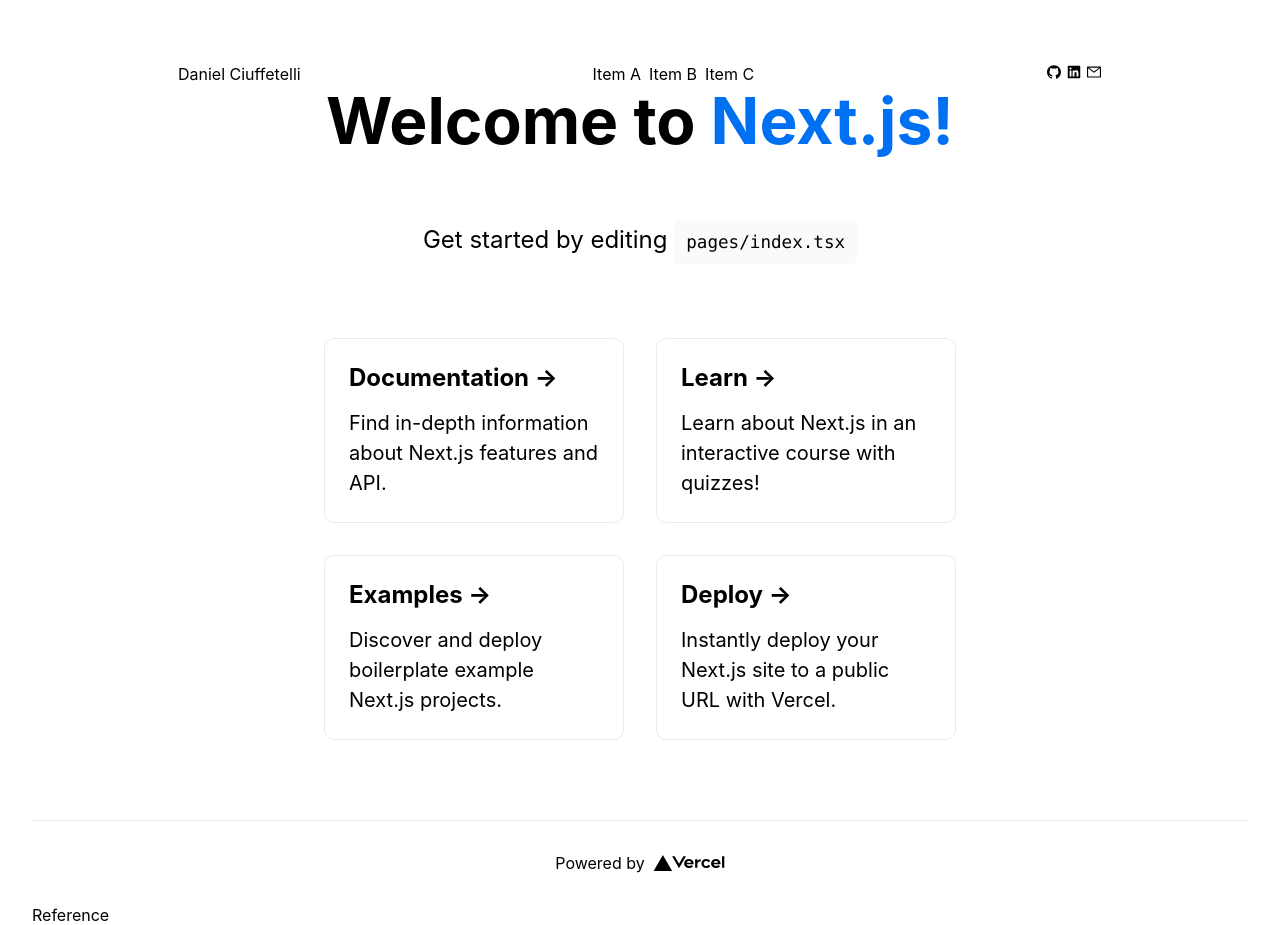
Repository: ciuffetelli/portfolio
Page: /
An editor plug-in stored every save of this project. The page is shown before and after the next save, followed by the edit.
The browser window is 1280 px wide. The pictures show the whole page.
The project was rebuilt for these pictures with package versions that can differ from the ones it lists, and the page was loaded fresh each time. The framework's server and built-in components were replaced by stand-ins that run in the browser. Also part of the build but not shown: next.config.js.

Above is the page before, as saved 2022-12-04 13:40:03.

### pages/_document.tsx
import { Html, Head, Main, NextScript } from 'next/document'

export default function Document() {
    return (
        <Html lang="en">
            <Head>
                <title>Daniel Ciuffetelli - Front-end Engineer</title>
                <meta name="description" content="Daniel Ciuffetelli's personal portfolio, front-end engineer. Page developed in Next.js" />
                <link rel="icon" href="/img/logo.svg" />
            </Head>
                <body className='bg-white text-slate-900 dark:bg-slate-900 dark:text-white ease-in-out duration-300'>
                    <Main />
                    <NextScript />
                </body>
        </Html>
    )
}

### pages/index.tsx
import Head from 'next/head'
import Image from 'next/image'
import styles from '../styles/Home.module.css'

import { Nav } from '../Components/Nav'

export default function Home() {
  return (
    <div className={styles.container}>
      <Head>
        <title>Create Next App</title>
        <meta name="description" content="Generated by create next app" />
        <link rel="icon" href="/favicon.ico" />
      </Head>

      <main className={styles.main}>
        <Nav />


        <h1 className={styles.title}>
          Welcome to <a href="https://nextjs.org">Next.js!</a>
        </h1>

        <p className={styles.description}>
          Get started by editing{' '}
          <code className={styles.code}>pages/index.tsx</code>
        </p>

        <div className={styles.grid}>
          <a href="https://nextjs.org/docs" className={styles.card}>
            <h2>Documentation &rarr;</h2>
            <p>Find in-depth information about Next.js features and API.</p>
          </a>

          <a href="https://nextjs.org/learn" className={styles.card}>
            <h2>Learn &rarr;</h2>
            <p>Learn about Next.js in an interactive course with quizzes!</p>
          </a>

          <a
            href="https://github.com/vercel/next.js/tree/canary/examples"
            className={styles.card}
          >
            <h2>Examples &rarr;</h2>
            <p>Discover and deploy boilerplate example Next.js projects.</p>
          </a>

          <a
            href="https://vercel.com/new?utm_source=create-next-app&utm_medium=default-template&utm_campaign=create-next-app"
            target="_blank"
            rel="noopener noreferrer"
            className={styles.card}
          >
            <h2>Deploy &rarr;</h2>
            <p>
              Instantly deploy your Next.js site to a public URL with Vercel.
            </p>
          </a>
        </div>
      </main>

      <footer className={styles.footer}>
        <a
          href="https://vercel.com?utm_source=create-next-app&utm_medium=default-template&utm_campaign=create-next-app"
          target="_blank"
          rel="noopener noreferrer"
        >
          Powered by{' '}
          <span className={styles.logo}>
            <Image src="/vercel.svg" alt="Vercel Logo" width={72} height={16} />
          </span>
        </a>
      </footer>
      <a href='https://elements.envato.com/ds-developer-portfolio-psd-template-9FZDH4D'>Reference</a>
    </div>
  )
}

### Components/Nav.tsx
import styled from 'styled-components'

import { AiFillGithub, AiFillLinkedin, AiOutlineMail } from 'react-icons/ai'

export function Nav() {

    return (
        <Container>
            <Name>Daniel Ciuffetelli</Name>
            <Items>
                <MenuItem>Item A</MenuItem>
                <MenuItem>Item B</MenuItem>
                <MenuItem>Item C</MenuItem>
            </Items>
            <Social>
                <AiFillGithub />
                <AiFillLinkedin />
                <AiOutlineMail />
            </Social>
        </Container>
    )
}

const Container = styled.div`
    display: inline-flex;
    justify-content: space-around;
    width: 100%;
`

const Name = styled.div``

const Items = styled.div`
    display: inline-flex;
    gap: 0.5rem;
`

const MenuItem = styled.div``

const Social = styled.div`
    display: inline-flex;
    gap: 0.25rem;
`

Loaded but not shown: pages/_app.tsx (common file); styles/globals.css (common file); styles/Home.module.css (common file)

After the next save:
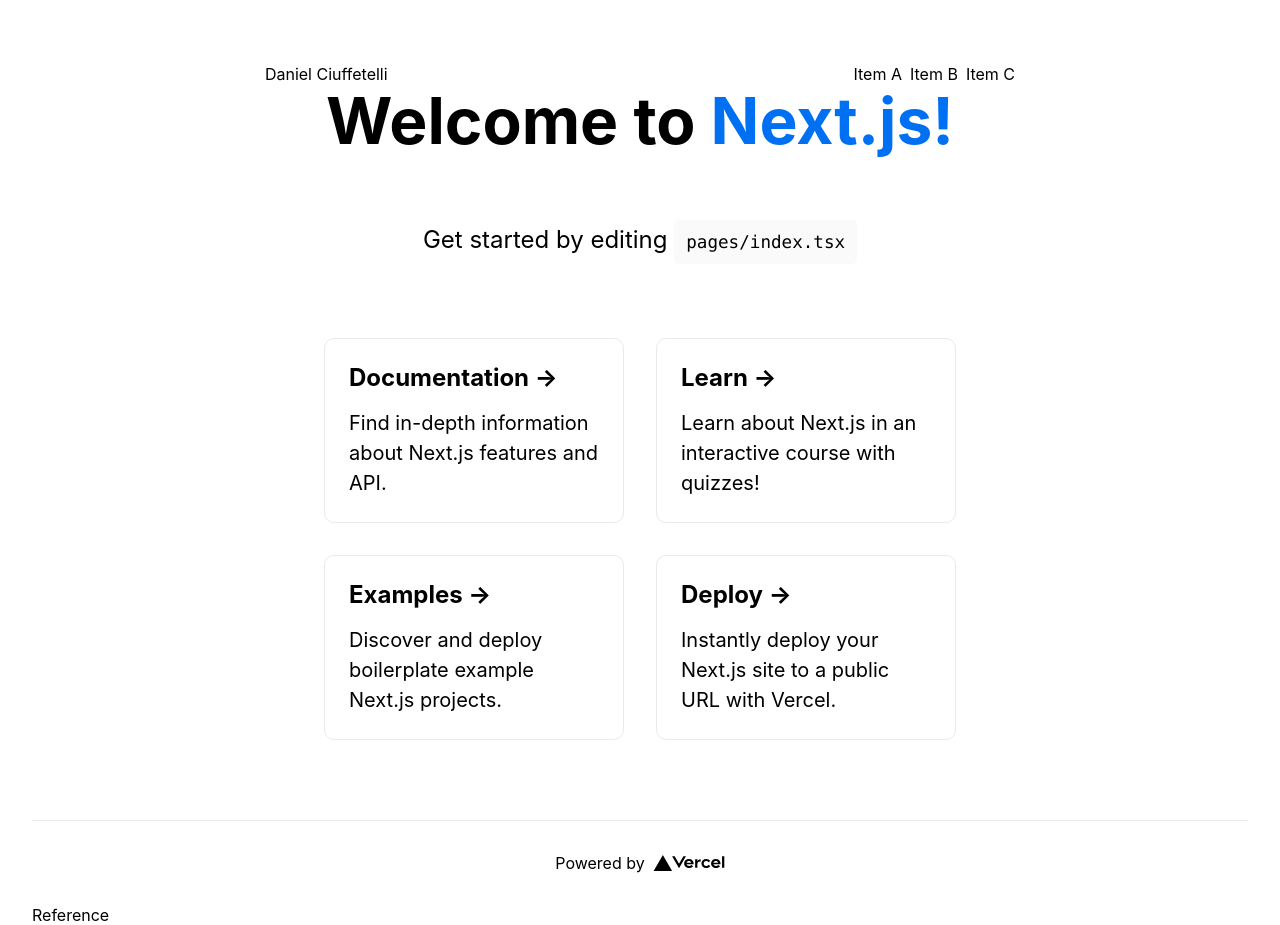
Saved 71 s later.
--- a/Components/Nav.tsx
+++ b/Components/Nav.tsx
@@ -37,6 +37,10 @@
 const MenuItem = styled.div``
 
 const Social = styled.div`
-    display: inline-flex;
+    display: none;
     gap: 0.25rem;
+
+    @media (max-width: 350px;) {
+        display: inline-flex;
+    }
 `

After the 2 saves that followed:
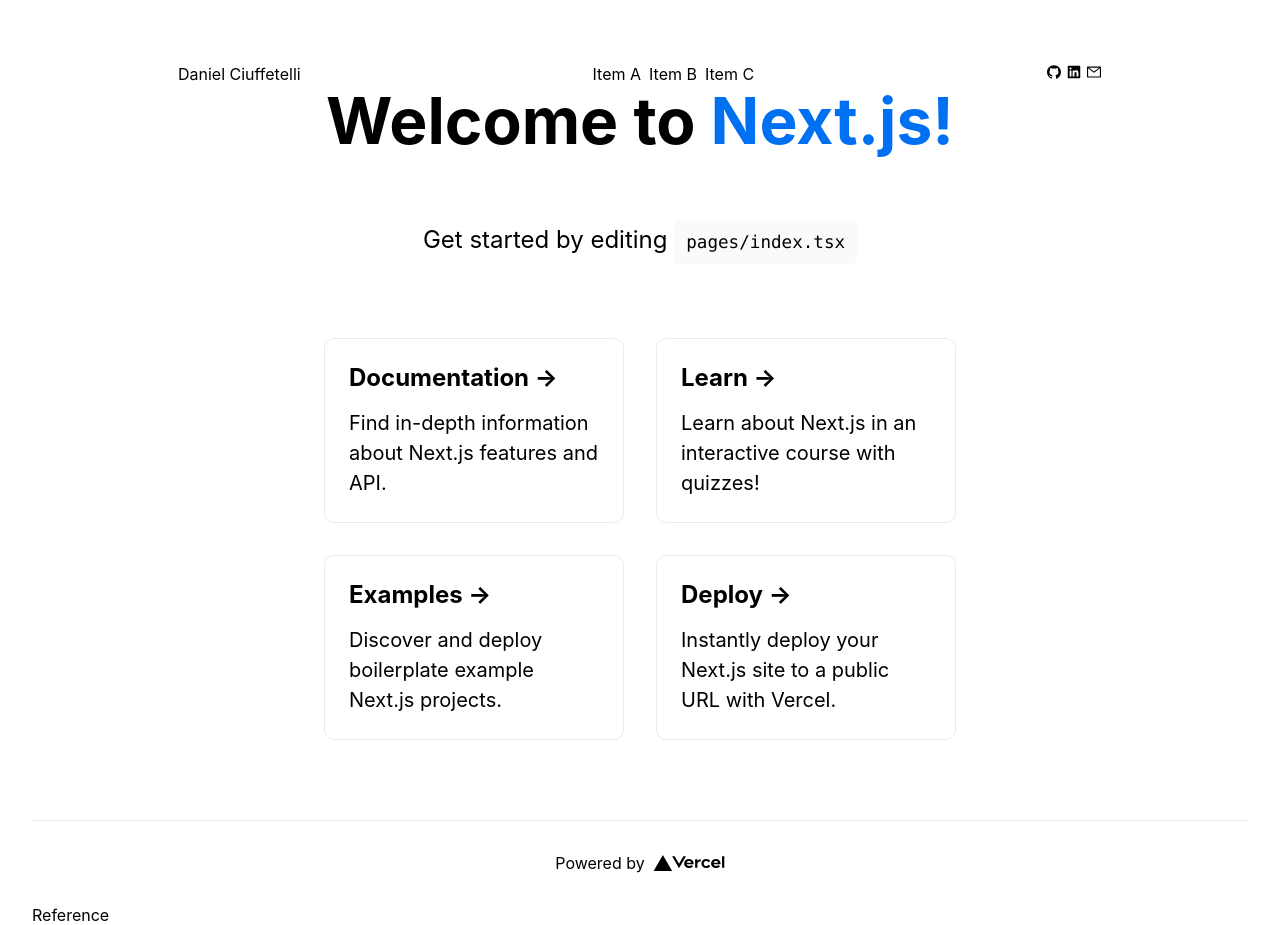
The 2 saves are shown as one change because 1 left the picture as it was.
The last was saved 38 s later.
--- a/Components/Nav.tsx
+++ b/Components/Nav.tsx
@@ -40,7 +40,7 @@
     display: none;
     gap: 0.25rem;
 
-    @media (max-width: 350px;) {
+    @media (min-width: 350px) {
         display: inline-flex;
     }
 `
